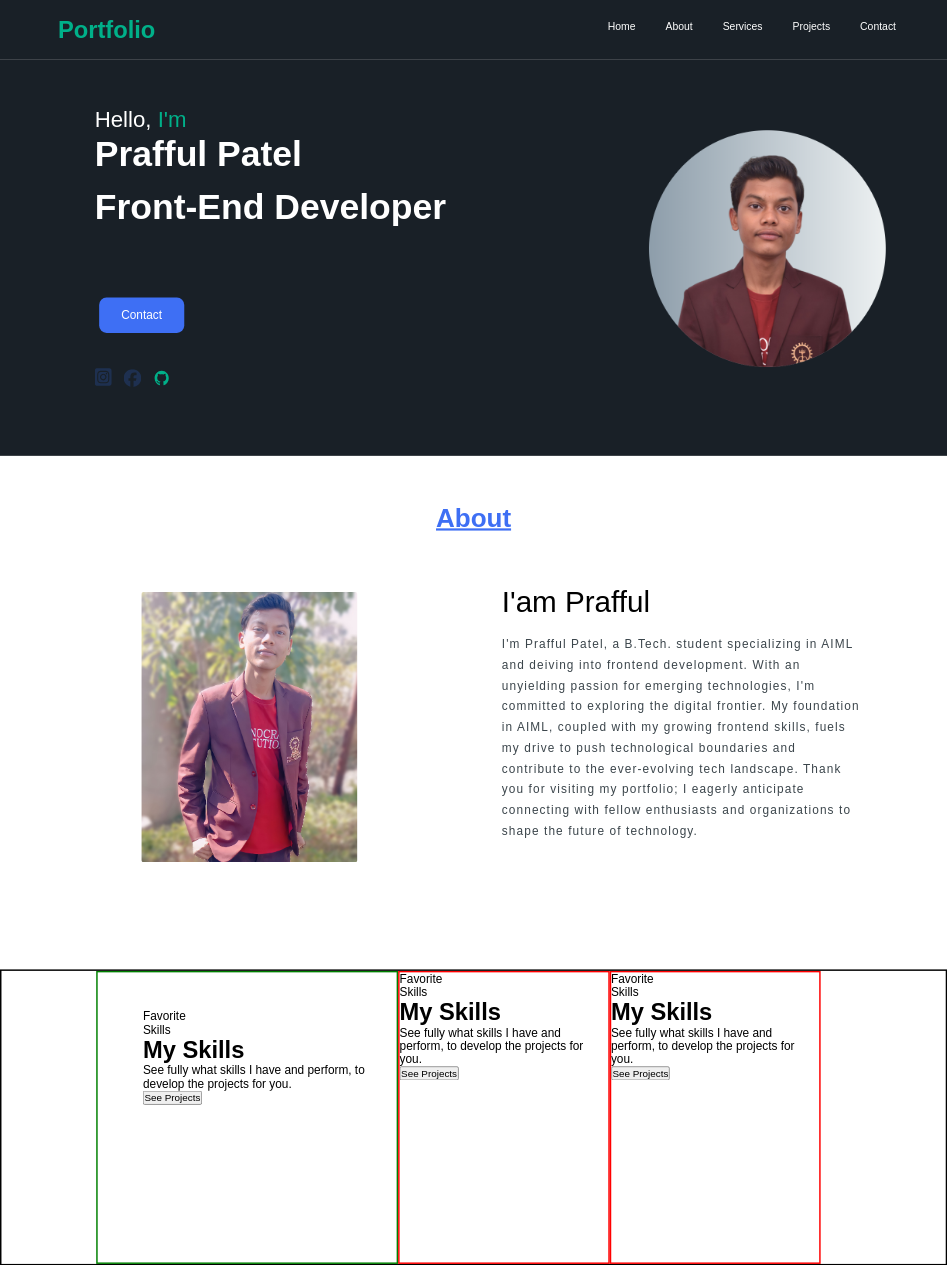
Repository: PraffulPatel27/Portfolio_2.0
Page: index.html
The author's editor kept a copy of each file at every save. The page is drawn from the files as they stood at one save, then again after the next save.
The browser window is 1280 px wide. The pictures show the whole page, at 74% of full size.

Above is the page before, as saved 2024-01-01 15:48:49.

### index.html
<!DOCTYPE html>
<html lang="en">
<head>
    <meta charset="UTF-8">
    <meta name="viewport" content="width=device-width, initial-scale=1.0">
    <title>Portfolio website complete</title>
    <link rel="stylesheet" href="style.css">
</head>
<body>

  <div class="container-first">
    <!-- /*********************** nav bar **************************/ -->
        <nav class="header">
            <h1>Portfolio</h1>

            <div class="nav-bar">
                <ul>
                    <li class="c1">Home</li>
                    <li> <a id="unique" href="#about">About</a></li>
                    <li>Services</li>
                    <li>Projects</li>
                    <li>Contact</li>
                </ul>
            </div>

        </nav>
        <!-- <div class="head-1"></div> -->



    <!-- /*********************** Section - 1 **************************/ -->
    <div class="first-main-content">
      <div class="left-content">
        <!-- <h1> Hi, </h1> -->
        <p class="ch"> Hello, </p>
        <p class="ch" id="bl"> I'm  </p>
        <h1 id="name-author"> Prafful Patel</h1>
        <h1> Front-End Developer </h1>

        <button class="btn"> Contact </button>
        <div class="social">
            <img src="images/instagram.svg">
            <img src="images/facebook.svg">
            <img src="images/github.svg">
        </div>
    </div>

   <img class="pic" src="images/profile-pic-circle.png">
   </div>


    <!-- /*********************** Section - 2 **************************/ -->
    <div class="section-2">
            <p class="heading-about"> About </p>

        <div class="front-2_under">
            <!-- <img class="left-img" src="images/image-portfolio.jpg"> -->
            <div class="left-content">
                <img class="left-img" src="images/image-portfolio.jpg">
            </div>

            <div class="right-para" id="about">
                <p class="heading-2"> I'am Prafful </p>
                <p class="description"> I'm Prafful Patel, a B.Tech. student specializing in AIML and
                    deiving into frontend development. With an unyielding passion
                    for emerging technologies, I'm committed to exploring the
                    digital frontier. My foundation in AIML, coupled with my
                    growing frontend skills, fuels my drive to push technological
                    boundaries and contribute to the ever-evolving tech
                    landscape. Thank you for visiting my portfolio; I eagerly
                    anticipate connecting with fellow enthusiasts and
                    organizations to shape the future of technology. </p>
            </div>
        </div>

    </div>


    <!-- /*********************** Section - 3 **************************/ -->

    <div class="section-3">
        <div class="bx-1">
            <p> Favorite </p>
            <p> Skills</p>
            <h1> My Skills</h1>

            <p>See fully what skills I have and perform, to
                develop the projects for you.</p>
            <button class="see-project"> See Projects </button>
        </div>

        <div class="bx-2">
            <p> Favorite </p>
            <p> Skills</p>
            <h1> My Skills</h1>

            <p>See fully what skills I have and perform, to
                develop the projects for you.</p>
            <button class="see-project"> See Projects </button>
        </div>

        <div class="bx-2">
            <p> Favorite </p>
            <p> Skills</p>
            <h1> My Skills</h1>

            <p>See fully what skills I have and perform, to
                develop the projects for you.</p>
            <button class="see-project"> See Projects </button>
        </div>
    </div>



    <!-- <footer>
            <h4 class="f-h4"> Prafful </h4>
            <div class="fimg">
                <img class="fb" src="images/faceb.png">
                <img class="ins" src="images/instagram-logo.png">
                <img class="lid" src="images/linkedin (1).png">
                <img class="git" src="images/github (1).png">
            </div>
            <h3 class="f-h3"> Terms of Use . Privacy Policy </h3>
            <p class="fp"> © 2023 copyright all right reserved </p>
    </footer> -->

  </div>

</body>
</html>

### style.css
* {
    margin: 0;
    padding: 0;
    box-sizing: border-box;
    font-family: 'Poppins' , sans-serif;
    scroll-behavior: smooth;
    overflow-x: hidden;
}
.container-first {
    display: flex;
    flex-direction: column;
    flex-wrap: wrap;
    width: 100vw;
    align-items: center;
}
.main-con {
    margin-left: 10%;
    margin-right: 10%;
}

/*********************** Nav bar **************************/
.header {
    min-height: 90%;
    width: 100%;
    background-position: center;
    background-size: cover;
    position: relative;
    background-color: #192027;
    color: #fff;
}
nav {
    display: flex;
    padding: 1.6% 4%;
    align-items: center;
    justify-content: center;
}
.nav-bar {
    flex: 1;
    text-align: right;
}
.nav-bar ul li {
    list-style: none;
    display: inline-block;
    padding: 8px 18px;
    position: relative;
    /* font-weight: bold; */
    cursor: pointer;
    font-size: 0.88rem;
}
#unique {
    text-decoration: none;
    color: #fff;
}
#unique:hover {
    color: #00B089;
}
.nav-bar ul li::after  {
    content: '';
    width: 0%;
    height: 3.5px;
    background-color: #00B089;
    display: block;
    margin: auto;
    transition: 0.80s;
}
.nav-bar ul li:hover::after {
    width: 100%;
}
.nav-bar ul li:hover {
    color: #00B089;
}
nav h1 {
    font-size: 2rem;
    color: #00B089;
    margin-left: 1.7rem;
}

/*********************** Section - 1 **************************/
.first-main-content {
    width: 100%;
    background-color: #192027;
    padding-bottom: 7%;
    display: flex;
    justify-content: space-evenly;
    align-items: center;
    flex-direction: row;
    flex-wrap: wrap;
    align-items: center;
    /* border: 2px solid black; */
}
/* .head-1 {
    margin-top: -1.2%;
    opacity: 0.1;
    border: 0.8px solid black;
    width: 100%;
} */
.left-content {
    padding-top: 5%;
    padding-left: 10%;
    /* border: 2px solid black; */
}
.left-content h1 {
    font-size: 3rem;
    line-height: 60px;
    font-weight: bolder;
    padding-bottom: 1%;
    color: #fff;
}
.ch {
    display: inline;
    font-size: 30px;
    color: #fff;
}
#bl {
    color: #00B089;
}
.name-author {
    color: #00B089;
}
.btn {
    width: 10%;
    height: 3rem;
    margin-top: 7%;
    margin-left: 0.5%;
    border-radius: 10px;
    background: #3E6FF4;
    border: none;
    cursor: pointer;
    color: white;
    font-size: 1rem;
    text-align: center;
}
.btn:hover {
    box-shadow: 0 0 30px rgba(0,111,255,0.65);
    transition: 0.2s;
}
.social {
    margin-top: 4%;
    margin-left: -1%;
    /* border: 2px solid black; */
}
.social img {
    width: 3%;
    padding-left: 1%;
    cursor: pointer;
    background: none;
}
.pic {
    width: 20rem;
    margin-top:5%;
    margin-right: -62%;
    flex-wrap: wrap;
    position: absolute;
}

/*********************** Section - 2 **************************/
.section-2 {
    width: 100%;
    flex-wrap: wrap;
    align-items: center;
    display: flex;
    position: none;
    justify-content: space-evenly;
    /* border: 2px solid red; */
}
.heading-about {
    text-align: center;
    margin-top: 5%;
    color: #3E6FF4;
    font-size: 2.2rem;
    font-style: normal;
    font-weight: 700;
    text-decoration: underline;
}
.front-2_under {
    display: flex;
    flex-direction: row;
    justify-content: space-evenly;
    align-items: center;
    margin-top: 2%;
    margin-left: 6.5%;
    margin-right: 9%;
    margin-bottom: 6%;
    /* border: 2px solid red; */
}
.left-content {
    flex: 1;
}
.left-content .left-img {
    width: 60%;
    max-width: 100%;
    height: auto;
    border-radius: 1%;
}
.right-para {
    flex: 1;
}
.heading-2 {
    font-size: 2.5rem;
    line-height: 70px;
}
.description {
    color: #3b454b;
    letter-spacing: 1.5px;
    line-height: 28px;
    margin-top: 2%;
}

 /*********************** Section - 3 **************************/
 .section-3 {
    height: 25rem;
    margin-top: 5%;
    flex-wrap: wrap;
    display: flex;
    /* flex-direction: row; */
    padding-left: 10%;
    padding-right: 10%;
    border: 2px solid black;
}
.bx-1 {
    border: 2px solid green;
    width: 40%;
    padding-top: 5%;
    padding-left: 6%;
}
.see-project {

}
.bx-2 {
    border: 2px solid red;
    width: 28%;
}

After the next save:
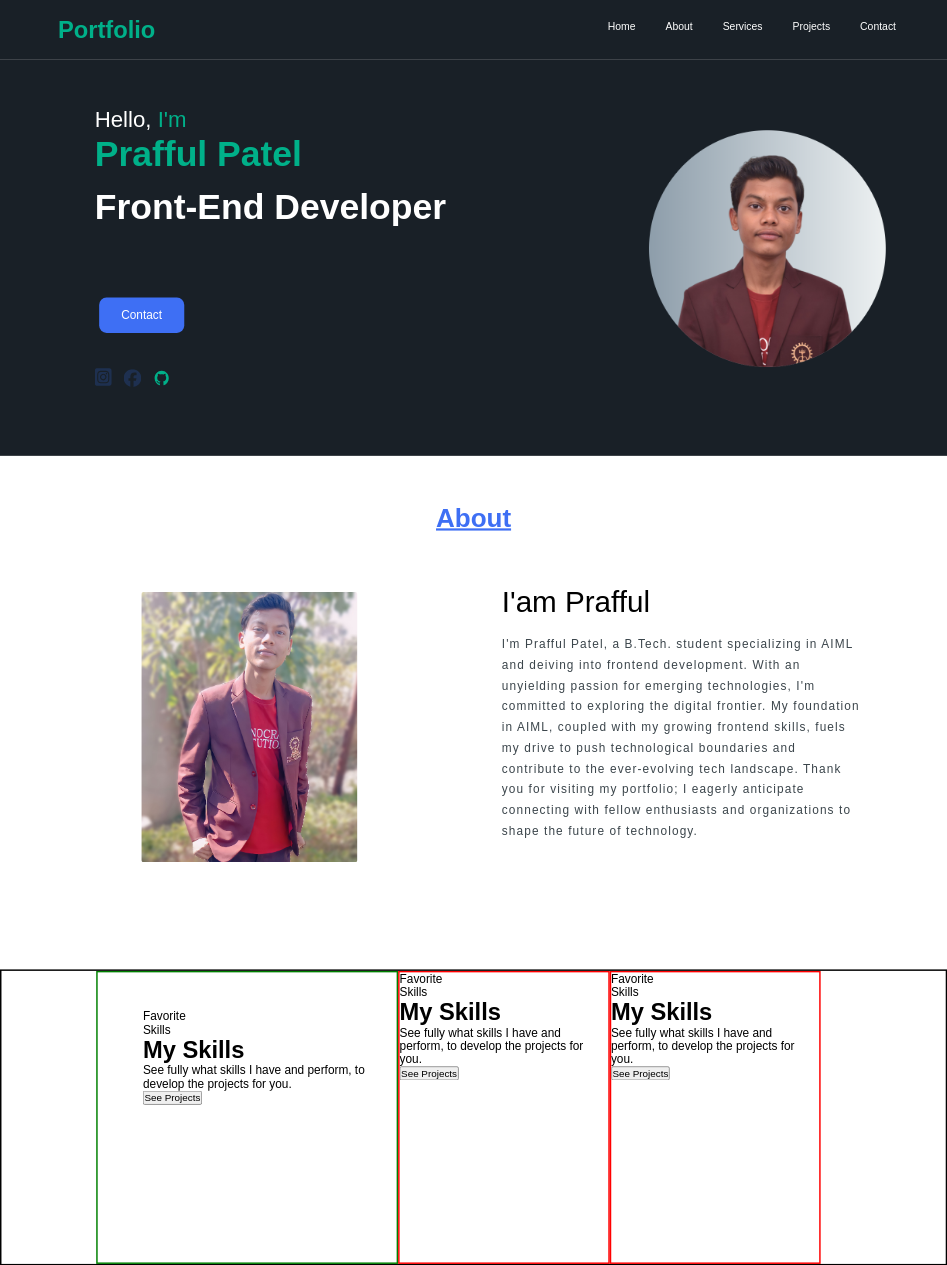
Saved 4 s later.
--- a/style.css
+++ b/style.css
@@ -114,7 +114,7 @@
 #bl {
     color: #00B089;
 }
-.name-author {
+#name-author {
     color: #00B089;
 }
 .btn {
